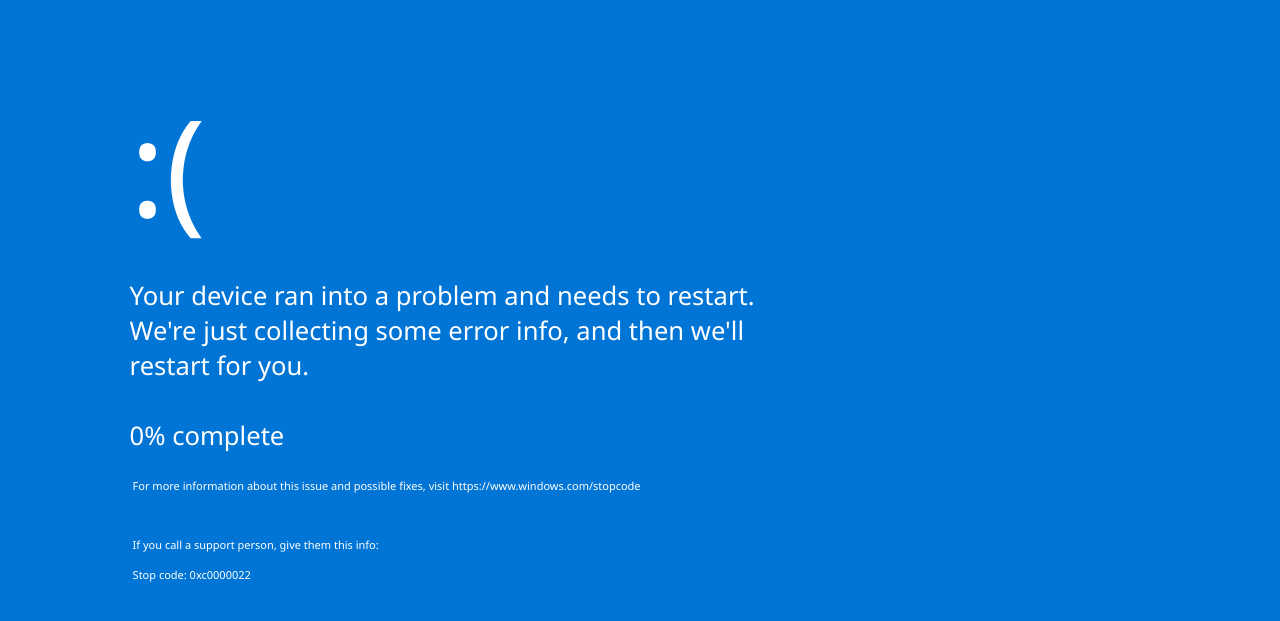
Repository: end888160/end888160.github.io
Page: BSoD2.html
These files come from the project's save history. The page is drawn as it stood at one moment and after the next save; the edit follows.
The browser window is 1280 px wide. The pictures show the whole page.

Above is the page before, as saved 2024-09-22 23:21:28.

After the next save:
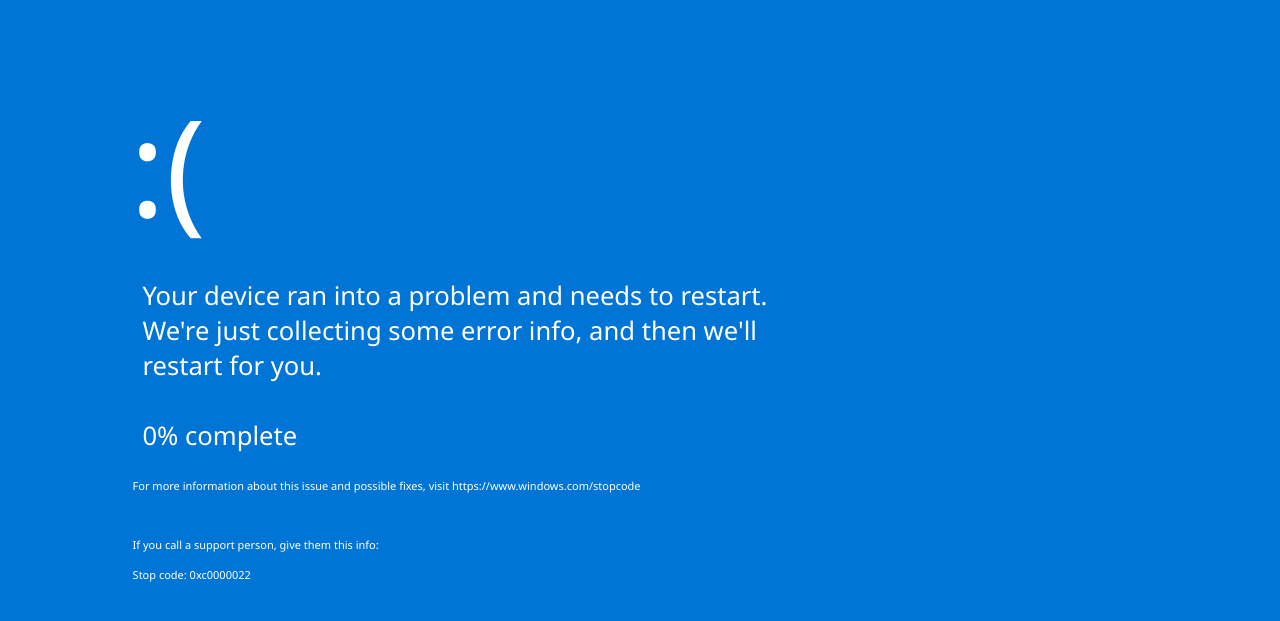
Saved 11 s later.
--- a/BSoD2.html
+++ b/BSoD2.html
@@ -18,7 +18,7 @@
 	#your {
 		font-weight: 100;
 		font-size: 2vw;
-
+		padding-left: 1vw;
 
 	}
 	#for {
